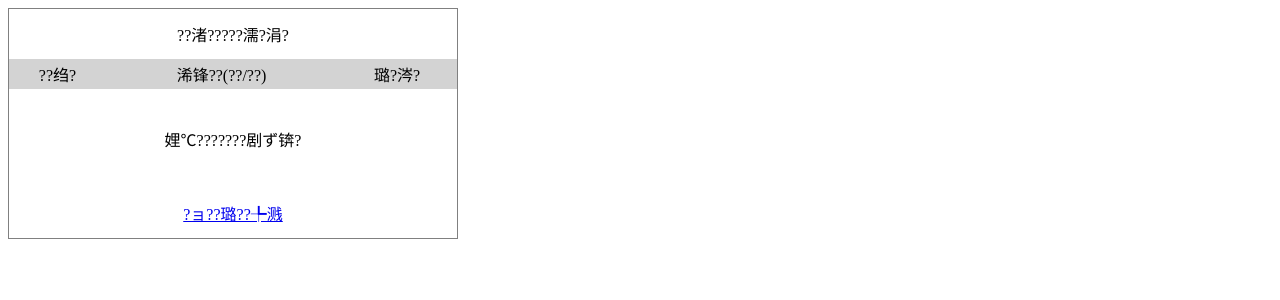
Repository: wikelgc/JSP
Page: http://localhost/GoosSingle/show.jsp
An editor plug-in stored every save of this project. The page is shown before and after the next save, followed by the edit.
The browser window is 1280 px wide. The pictures show the whole page.
The page is served by Tomcat 9.

Above is the page before, as saved 2015-05-31 06:45:49.

After the next save:
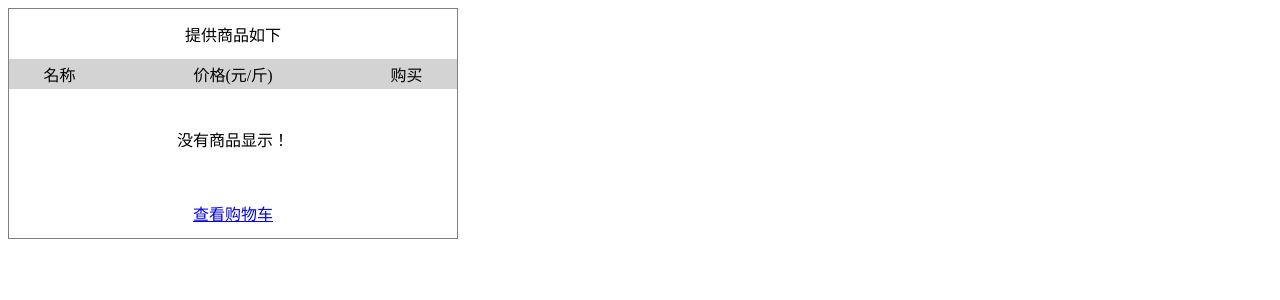
Saved 31 s later.
--- a/GoosSingle/WebRoot/show.jsp
+++ b/GoosSingle/WebRoot/show.jsp
@@ -1,4 +1,4 @@
-<%@page contentType="text/html;charset=gb2312"%>
+<%@page contentType="text/html;charset=utf-8"%>
 <%@page	import = "java.util.ArrayList"%>
 <%@page	import = "com.yxq.valuebean.GoodsSingle"%>
 <% ArrayList goodslist = (ArrayList)session.getAttribute("goodslist"); %>
